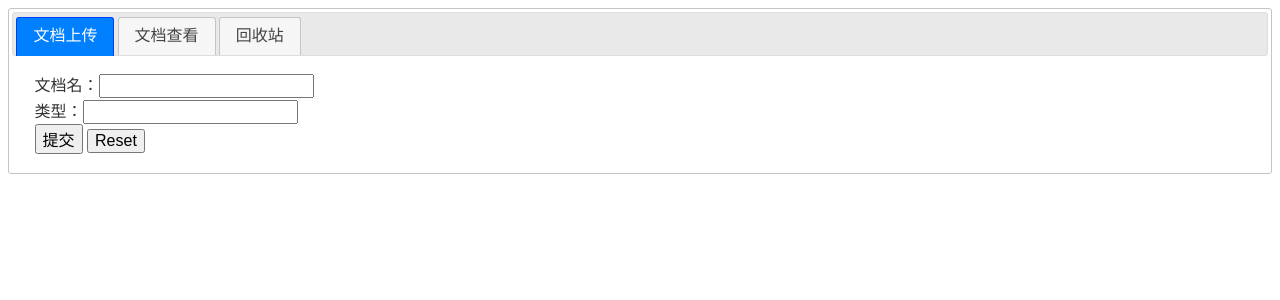
Repository: krzyty/OA_USST
Page: http://localhost/USSTOA/filemanage.jsp
These files come from the project's save history. The page is drawn as it stood at one moment and after the next save; the edit follows.
The browser window is 1280 px wide. The pictures show the whole page.
Some web libraries are served in a nearby version. The page is served by Tomcat 9. Nobody is signed in. The application's start-up code is not run. Other server files are loaded and not shown.

Above is the page before, as saved 2017-06-29 03:19:46.

### USSTOA/WebContent/filemanage.jsp
<%@ page language="java" contentType="text/html; charset=UTF-8"
	pageEncoding="UTF-8"%>
<!DOCTYPE html PUBLIC "-//W3C//DTD HTML 4.01 Transitional//EN" "http://www.w3.org/TR/html4/loose.dtd">
<html>
<head>
<meta http-equiv="Content-Type" content="text/html; charset=UTF-8">
<title>文档管理</title>
<!-- <link rel="stylesheet" href="/css/jquery-ui.css">
<script src="/js/jquery-1.9.1.js"></script>
<script src="/js/jquery-ui.js"></script> -->
<link rel="stylesheet"
	href="//apps.bdimg.com/libs/jqueryui/1.10.4/css/jquery-ui.min.css">
<script src="//apps.bdimg.com/libs/jquery/1.10.2/jquery.min.js"></script>
<script src="//apps.bdimg.com/libs/jqueryui/1.10.4/jquery-ui.min.js"></script>
<script>
	$(function() {
		$("#tabs").tabs();
	});
</script>
</head>
<body>
	<div id="tabs">
		<ul>
			<li><a href="#fragment-1"><span>文档上传</span> </a></li>
			<li><a href="#fragment-2"><span>文档查看</span> </a></li>
			<li><a href="#fragment-3"><span>回收站</span> </a></li>
		</ul>
		<div id="fragment-1">
			<form action="" method="post" enctype="multipart/form-data">
				文档名：<input type="text" name="fileName"><br />
				类型：<input type="text" name="fileType"><br />
				<input type="submit" value="提交">
				<input type="reset"><br />
			</form>
		</div>
		<div id="fragment-2">Lorem ipsum dolor sit amet, consectetuer
			adipiscing elit, sed diam nonummy nibh euismod tincidunt ut laoreet
			dolore magna aliquam erat volutpat. Lorem ipsum dolor sit amet,
			consectetuer adipiscing elit, sed diam nonummy nibh euismod tincidunt
			ut laoreet dolore magna aliquam erat volutpat.</div>
		<div id="fragment-3">Lorem ipsum dolor sit amet, consectetuer
			adipiscing elit, sed diam nonummy nibh euismod tincidunt ut laoreet
			dolore magna aliquam erat volutpat. Lorem ipsum dolor sit amet,
			consectetuer adipiscing elit, sed diam nonummy nibh euismod tincidunt
			ut laoreet dolore magna aliquam erat volutpat. Lorem ipsum dolor sit
			amet, consectetuer adipiscing elit, sed diam nonummy nibh euismod
			tincidunt ut laoreet dolore magna aliquam erat volutpat.</div>
	</div>

</body>
</html>

After the next save:
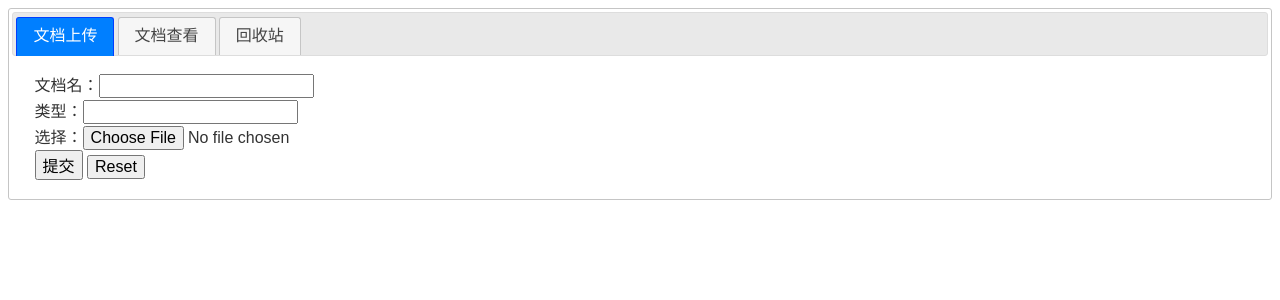
Saved 37 s later.
--- a/USSTOA/WebContent/filemanage.jsp
+++ b/USSTOA/WebContent/filemanage.jsp
@@ -28,7 +28,8 @@
 		<div id="fragment-1">
 			<form action="" method="post" enctype="multipart/form-data">
 				文档名：<input type="text" name="fileName"><br />
-				类型：<input type="text" name="fileType"><br />
+				类型：<input type="text" name="bname"><br />
+				选择：<input type="file" name="fileSrc"><br />
 				<input type="submit" value="提交">
 				<input type="reset"><br />
 			</form>
